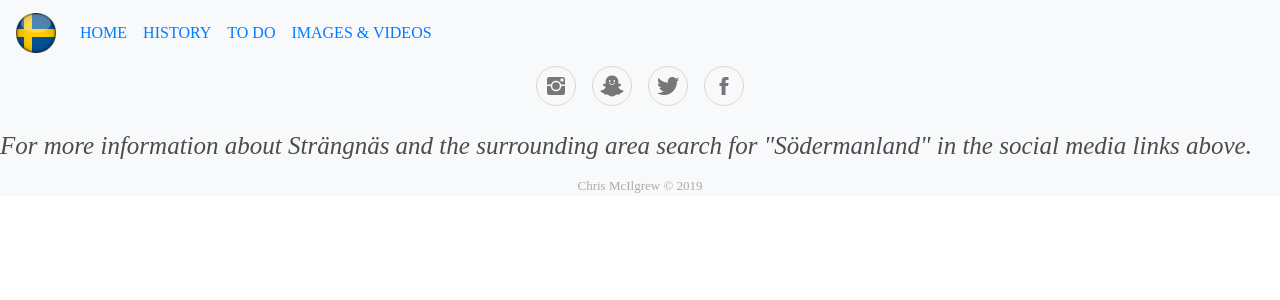
Repository: kososwede/first-project
Page: images+videos.html
The author's editor kept a record of every edit. The page is drawn from the files as they stood at one moment, then again after the next edit.
The browser window is 1280 px wide. The pictures show the whole page.
Some web fonts or font styles are not loaded; a fallback is used.

Above is the page before.

After the next edit:
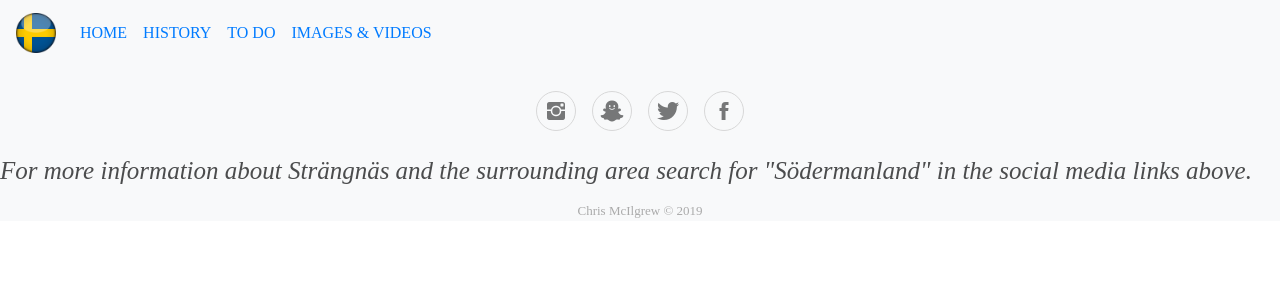
The edit:
--- a/assets/css/style.css
+++ b/assets/css/style.css
@@ -83,6 +83,7 @@
 .footer-basic .social {
   text-align:center;
   padding-bottom:25px;
+  padding-top: 25px;
 }
 
 .footer-basic .social > a {
